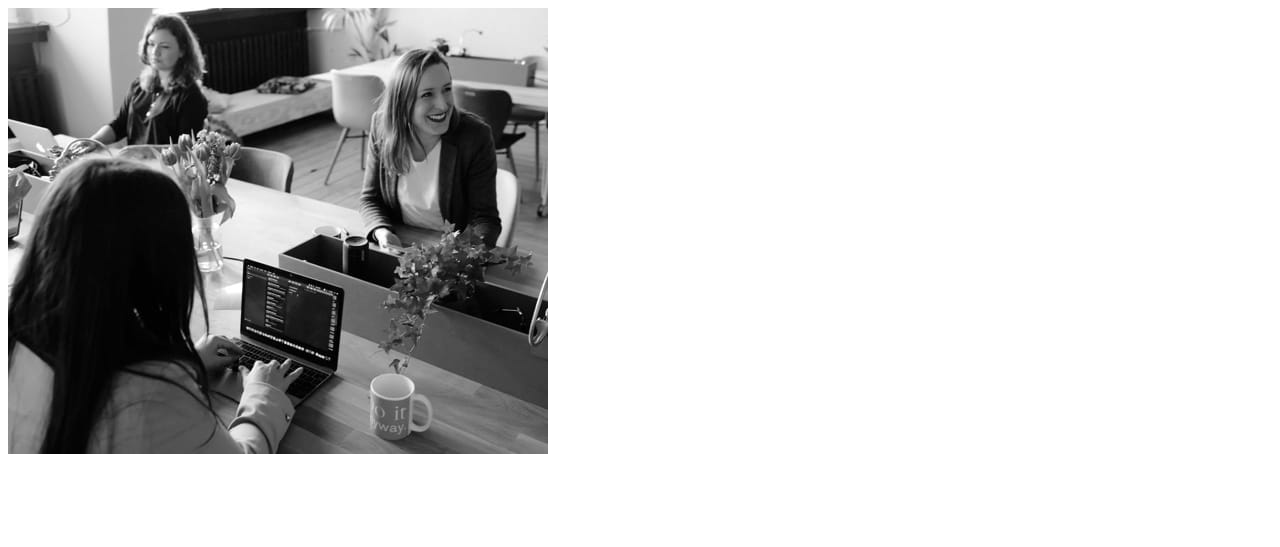
Repository: Pawan-pediredla/frontend-mentors
Page: stats-preview-card-component-main/markup/index.html
These files come from the project's save history. The page is drawn as it stood at one moment and after the next save; the edit follows.
The browser window is 1280 px wide. The pictures show the whole page.

Above is the page before, as saved 2024-06-25 12:19:34.

### stats-preview-card-component-main/markup/index.html
<!DOCTYPE html>
<html lang="en">
<head>
    <meta charset="UTF-8">
    <meta name="viewport" content="width=device-width, initial-scale=1.0">
    <title>Document</title>
    <link rel="stylesheet" href="../styles/index.css" />
    <link
    rel="icon"
    type="image/png"
    sizes="32x32"
    href="../images/favicon-32x32.png"
  />
  <link rel="preconnect" href="https://fonts.googleapis.com" />
  <link rel="preconnect" href="https://fonts.gstatic.com"/>
  <link
  href="https://fonts.googleapis.com/css2?family=Inter:wght@100..900&family=Lexend+Deca:wght@100..900&display=swap"
  rel="stylesheet"
/></head>
<body>
    <div class="card">
        <div class="purple-image">
            <div class="overlay"></div>
            <div class="image">
                <img src="../images/image-header-desktop.jpg" alt="people working in computer office "/>
            </div>
        </div>
        <div class="info">
            <h1
        </div>
    </div>

</body>
</html>

Loaded but not shown: stats-preview-card-component-main/styles/index.css (no stored copy; drawn as an empty file)

After the next save:
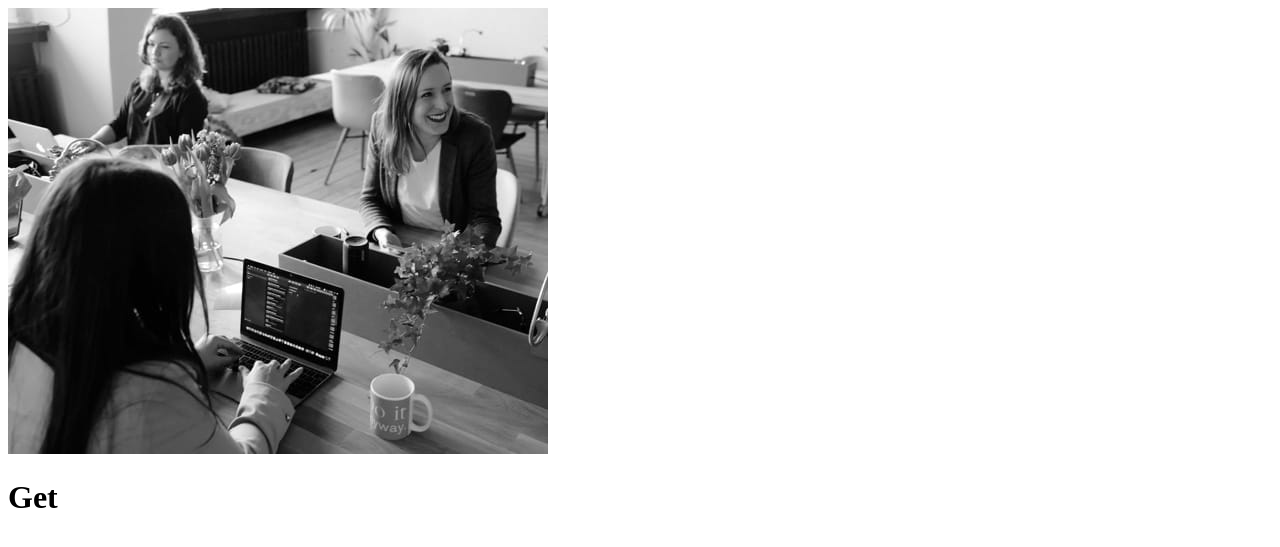
Saved 8 s later.
--- a/stats-preview-card-component-main/markup/index.html
+++ b/stats-preview-card-component-main/markup/index.html
@@ -26,7 +26,9 @@
             </div>
         </div>
         <div class="info">
-            <h1
+            <h1>
+                Get <span></span>
+            </h1>
         </div>
     </div>
 
